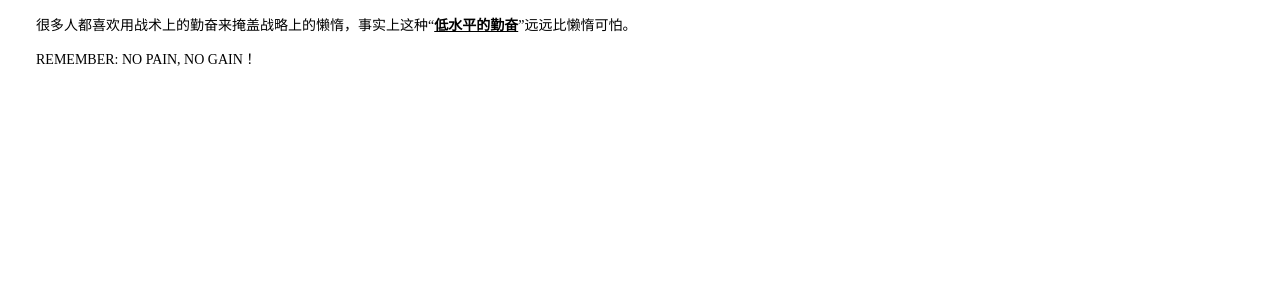
Repository: SharkPem/WebLearn
Page: learn_html_css_1/practise_14.html
The author's editor kept a copy of each file at every save. The page is drawn from the files as they stood at one save, then again after the next save.
The browser window is 1280 px wide. The pictures show the whole page.

Above is the page before, as saved 2022-03-31 17:28:49.

### learn_html_css_1/practise_14.html
<!DOCTYPE html>
<html>
<head>
    <meta charset="utf-8" />
    <title>practise_14</title>

    <style type="text/css">
        p{
            font-size: 14px;
            text-indent: 28px;
        }
        #two{
            font-weight: bold;
            text-decoration:underline;
        }
        #three{
            text-transform: uppercase;
        }
    </style>
</head>
<body>
    <p id="one">很多人都喜欢用战术上的勤奋来掩盖战略上的懒惰，事实上这种“<span id="two">低水平的勤奋</span>”远远比懒惰可怕。</p>
    <p id="three">Remember: no pain, no gain！</p>
</body>
</html>

After the next save:
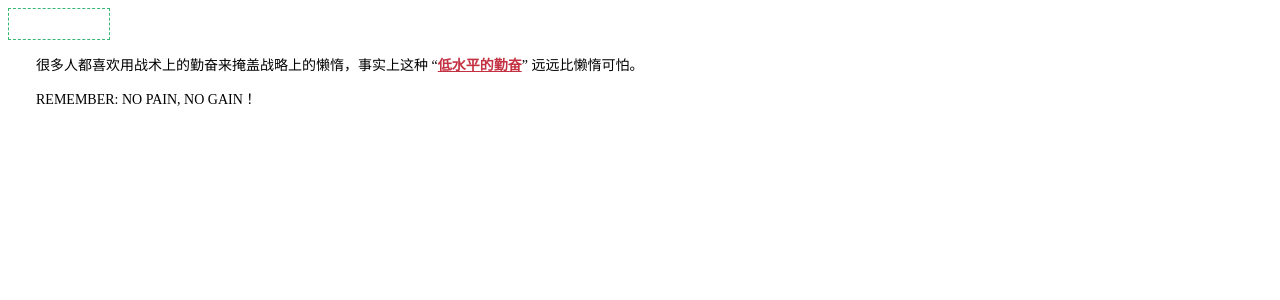
Saved 29 days later.
--- a/learn_html_css_1/practise_14.html
+++ b/learn_html_css_1/practise_14.html
@@ -1,25 +1,48 @@
 <!DOCTYPE html>
 <html>
+
 <head>
     <meta charset="utf-8" />
     <title>practise_14</title>
 
     <style type="text/css">
-        p{
+        div {
+            width: 100px;
+            height: 30px;
+        }
+
+        .div1 {
+            border-width: 1px;
+            border-style: dashed;
+            border-color: #38b774;
+        }
+
+        p {
             font-size: 14px;
             text-indent: 28px;
         }
-        #two{
+
+        #two {
             font-weight: bold;
-            text-decoration:underline;
+            text-decoration: underline;
+            color: #c43143;
         }
-        #three{
+
+        #three {
             text-transform: uppercase;
         }
     </style>
 </head>
+
 <body>
-    <p id="one">很多人都喜欢用战术上的勤奋来掩盖战略上的懒惰，事实上这种“<span id="two">低水平的勤奋</span>”远远比懒惰可怕。</p>
+
+    <div class="div1"></div>
+    <p id="one">
+        很多人都喜欢用战术上的勤奋来掩盖战略上的懒惰，事实上这种
+        “<span id="two">低水平的勤奋</span>”
+        远远比懒惰可怕。</p>
     <p id="three">Remember: no pain, no gain！</p>
+
 </body>
+
 </html>
